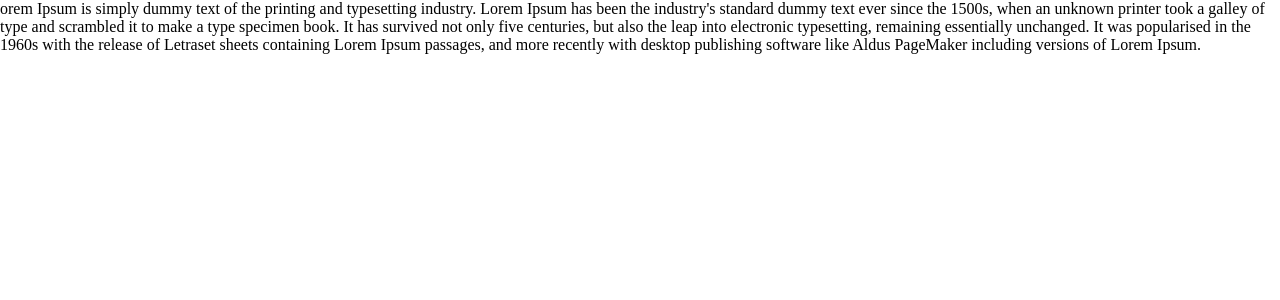
Repository: AbiezerSidonioJoseOdanacaJunior/projeto-travelgram
Page: index.html
An editor plug-in stored every save of this project. The page is shown before and after the next save, followed by the edit.
The browser window is 1280 px wide. The pictures show the whole page.

Above is the page before, as saved 2024-11-12 15:15:36.

After the next save:
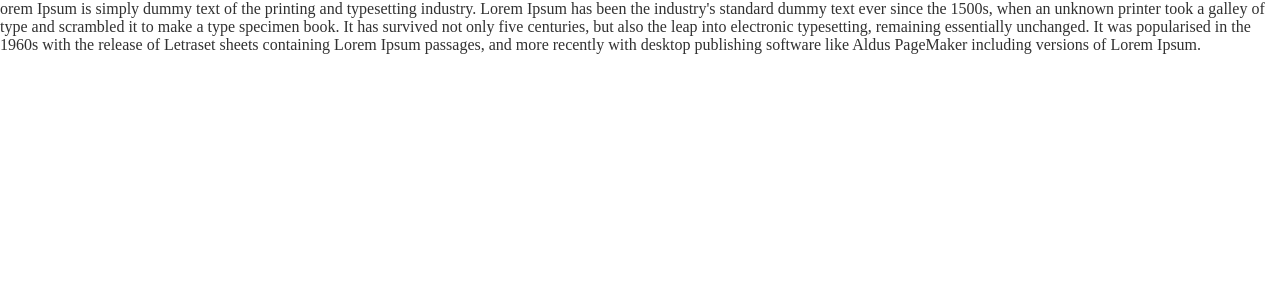
Saved 53 s later.
--- a/styles/global.css
+++ b/styles/global.css
@@ -13,3 +13,7 @@
     --text-color-primary: #313131;
     --text-color-secondary: #6C6C6C;
 }
+
+body {
+    color: var(--text-color-primary)
+}
